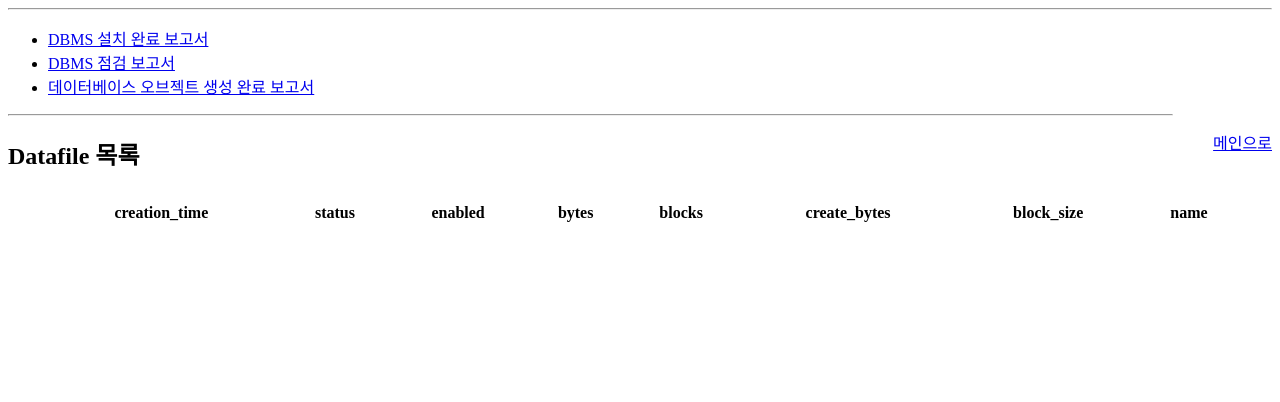
Repository: joon14/java11_database
Page: http://localhost/test01/report2.jsp
The author's editor kept a copy of each file at every save. The page is drawn from the files as they stood at one save, then again after the next save.
The browser window is 1280 px wide. The pictures show the whole page.
The page is served by Tomcat 9. Other server files are loaded and not shown. Queries for data that is not in the repository find no rows.

Above is the page before, as saved 2024-03-29 07:11:01.

### test01/WebContent/report2.jsp
<%@ page language="java" contentType="text/html; charset=UTF-8"
    pageEncoding="UTF-8"%>
<%@ page import="java.util.*, java.text.*, java.sql.*" %>
<%@ page import="org.kh.dto.*" %>
<%@ taglib prefix="c" uri="http://java.sun.com/jsp/jstl/core" %>
<%@ taglib prefix="fmt" uri="http://java.sun.com/jsp/jstl/fmt" %>
<%
	request.setCharacterEncoding("UTF-8");
	response.setCharacterEncoding("UTF-8");
	response.setContentType("text/html; charset=utf-8");

	Connection con = null;
	PreparedStatement pstmt = null;
	ResultSet rs = null;

	String url = "jdbc:oracle:thin:@localhost:1521:xe";
	String userid = "c##sqltest";
	String userpw = "20240326";
	String sql = "";

	List<Datafile> dList = new ArrayList<>();
	List<Controlfile> cList = new ArrayList<>();
	List<Logfile> lList = new ArrayList<>();

	try {
		Class.forName("oracle.jdbc.OracleDriver");
		con = DriverManager.getConnection(url, userid, userpw);

		sql = "select creation_time, status, enabled, bytes, blocks, create_bytes, block_size, name, con_id from v$datafile";
		pstmt = con.prepareStatement(sql);
		rs = pstmt.executeQuery();

		while(rs.next()) {
			Datafile data = new Datafile(rs.getString("creation_time"),
					rs.getString("status"),
					rs.getString("enabled"),
					rs.getInt("bytes"),
					rs.getInt("blocks"),
					rs.getInt("create_bytes"),
					rs.getInt("block_size"),
					rs.getString("name"),
					rs.getInt("con_id"));

			dList.add(data);
		}

		pstmt = null;
		rs = null;

		sql = "select name, is_recovery_dest_file, block_size, file_size_blks, con_id from v$controlfile";
		pstmt = con.prepareStatement(sql);
		rs = pstmt.executeQuery();

		while(rs.next()) {
			Controlfile control = new Controlfile(rs.getString("name"),
					rs.getString("is_recovery_dest_file"),
					rs.getInt("block_size"),
					rs.getInt("file_size_blks"),
					rs.getInt("con_id"));

			cList.add(control);
		}

		pstmt = null;
		rs = null;

		sql = "select type, member, is_recovery_dest_file, con_id from v$logfile";
		pstmt = con.prepareStatement(sql);
		rs = pstmt.executeQuery();

		while(rs.next()) {
			Logfile log = new Logfile(rs.getString("type"),
					rs.getString("member"),
					rs.getString("is_recovery_dest_file"),
					rs.getInt("con_id"));

			lList.add(log);
		}

	} catch(Exception e) {
		e.printStackTrace();
	} finally {
		if(rs!=null) {
			try {
				rs.close();
			} catch (Exception e) {
				e.printStackTrace();
			}
		}

		if(pstmt!=null) {
			try {
				pstmt.close();
			} catch (Exception e) {
				e.printStackTrace();
			}
		}

		if(con!=null) {
			try {
				con.close();
			} catch (Exception e) {
				e.printStackTrace();
			}
		}
	}

	pageContext.setAttribute("dList", dList);
	pageContext.setAttribute("cList", cList);
	pageContext.setAttribute("lList", lList);
%>
<!DOCTYPE html>
<html>
<head>
<meta charset="UTF-8">
<title>DBMS 점검 보고서</title>
</head>
<body>
<hr>
<%@ include file="menu.jsp" %>
<hr>
<h2>Datafile 목록</h2>
<table style="width:1200px; margin:30px auto">
	<thead>
		<tr>
			<th>creation_time</th>
			<th>status</th>
			<th>enabled</th>
			<th>bytes</th>
			<th>blocks</th>
			<th>create_bytes</th>
			<th>block_size</th>
			<th>name</th>
		</tr>
	</thead>
	<tbody>
	<c:forEach var="data" items="${dList }" varStatus="status">
		<tr>
			<td>${data.creation_time }</td>
			<td>${data.status }</td>
			<td>${data.enabled }</td>
			<td>${data.bytes }</td>
			<td>${data.blocks }</td>
			<td>${data.create_bytes }</td>
			<td>${data.block_size }</td>
			<td>${data.name }</td>
		</tr>
	</c:forEach>
	</tbody>
</table>
</body>
</html>

### test01/WebContent/menu.jsp
<%@ page language="java" contentType="text/html; charset=UTF-8"
    pageEncoding="UTF-8"%>
<nav id="gnb">
	<ul>
		<li>
			<a href="report01.html">DBMS 설치 완료 보고서</a>
		</li>
		<li>
			<a href="report02.jsp">DBMS 점검 보고서</a>
		</li>
		<li>
			<a href="report03.jsp">데이터베이스 오브젝트 생성 완료 보고서</a>
		</li>
	</ul>
</nav>
<nav id="tnb" style="float:right;">
	<ul>
		<a href="index.jsp">메인으로</a>
	</ul>
</nav>

After the next save:
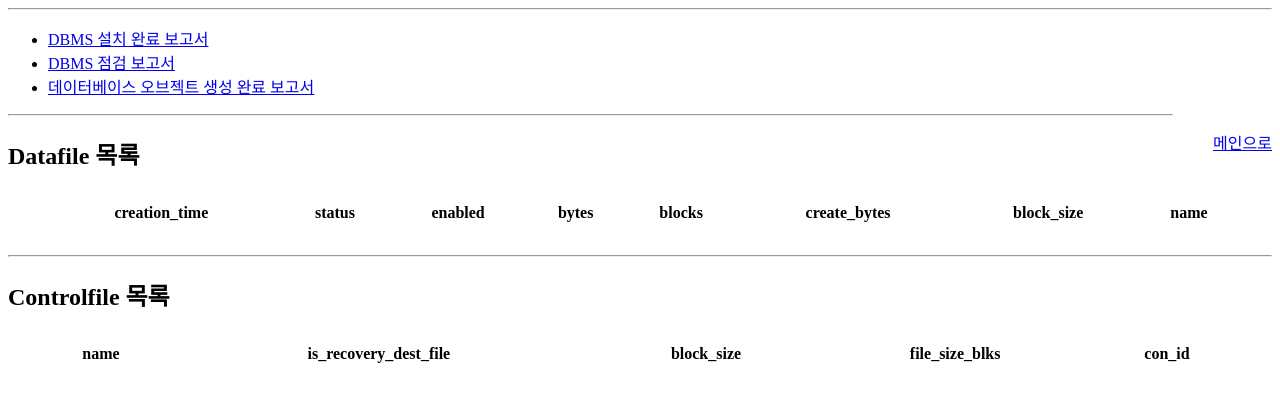
Saved 2 min 3 s later.
--- a/test01/WebContent/report2.jsp
+++ b/test01/WebContent/report2.jsp
@@ -52,13 +52,13 @@
 		rs = pstmt.executeQuery();
 
 		while(rs.next()) {
-			Controlfile control = new Controlfile(rs.getString("name"),
+			Controlfile data = new Controlfile(rs.getString("name"),
 					rs.getString("is_recovery_dest_file"),
 					rs.getInt("block_size"),
 					rs.getInt("file_size_blks"),
 					rs.getInt("con_id"));
 
-			cList.add(control);
+			cList.add(data);
 		}
 
 		pstmt = null;
@@ -69,12 +69,12 @@
 		rs = pstmt.executeQuery();
 
 		while(rs.next()) {
-			Logfile log = new Logfile(rs.getString("type"),
+			Logfile data = new Logfile(rs.getString("type"),
 					rs.getString("member"),
 					rs.getString("is_recovery_dest_file"),
 					rs.getInt("con_id"));
 
-			lList.add(log);
+			lList.add(data);
 		}
 
 	} catch(Exception e) {
@@ -148,5 +148,29 @@
 	</c:forEach>
 	</tbody>
 </table>
+<hr>
+<h2>Controlfile 목록</h2>
+<table style="width:1200px; margin:30px auto">
+	<thead>
+		<tr>
+			<th>name</th>
+			<th>is_recovery_dest_file</th>
+			<th>block_size</th>
+			<th>file_size_blks</th>
+			<th>con_id</th>
+		</tr>
+	</thead>
+	<tbody>
+	<c:forEach var="data" items="${cList }" varStatus="status">
+		<tr>
+			<td>${data.name }</td>
+			<td>${data.is_recovery_dest_file }</td>
+			<td>${data.block_size }</td>
+			<td>${data.file_size_blks }</td>
+			<td>${data.con_id }</td>
+		</tr>
+	</c:forEach>
+	</tbody>
+</table>
 </body>
 </html>
